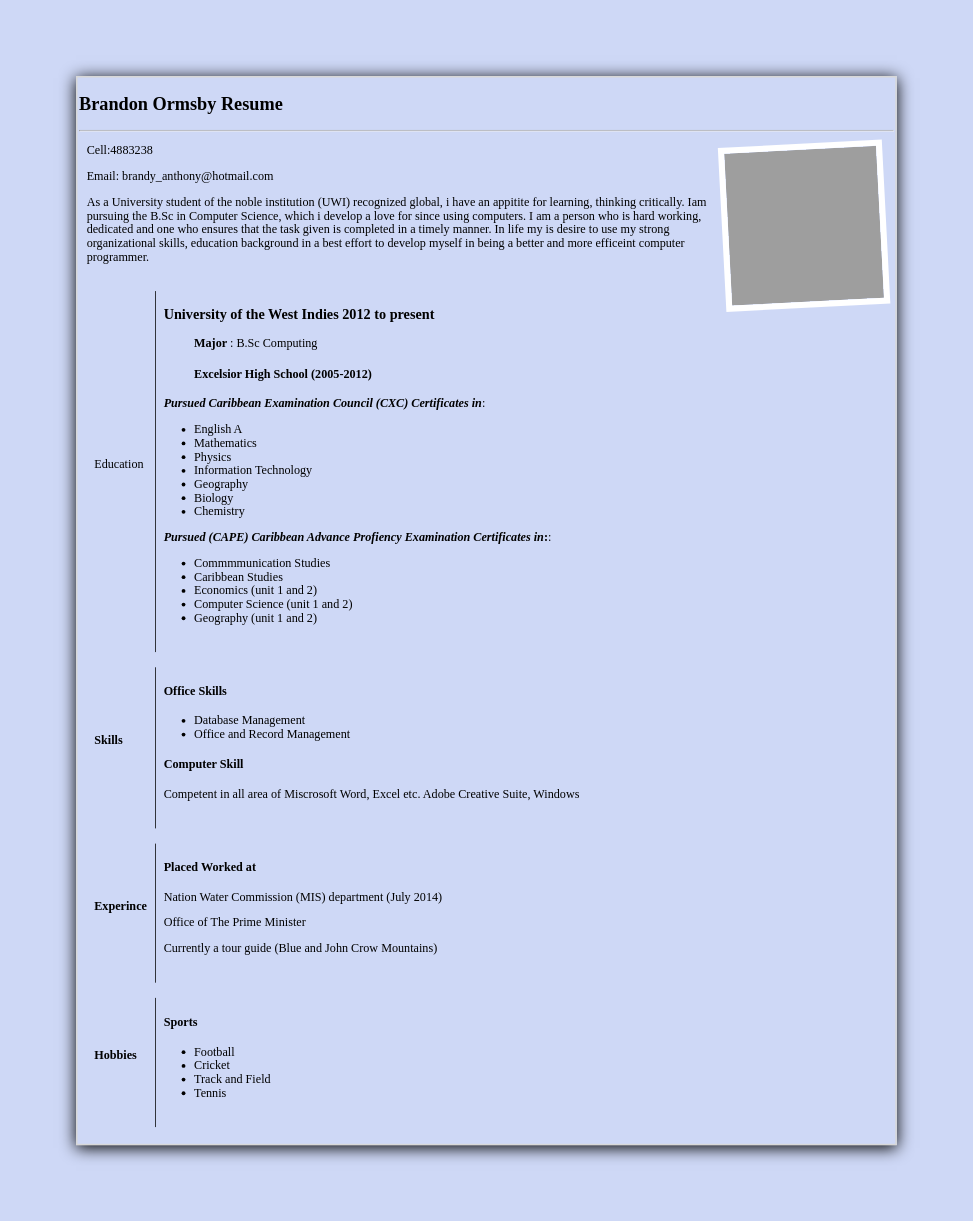
Repository: Brandy903/Web1
Page: webproject0/workspace/brandy.html
The author's editor kept a record of every edit. The page is drawn from the files as they stood at one moment, then again after the next edit.
The browser window is 1280 px wide. The pictures show the whole page, at 76% of full size.
Pictures or frames that could not be fetched are drawn as grey boxes.

Above is the page before.

### webproject0/workspace/brandy.html
<!DOCTYPE html>
<html>
<head>
	<link rel="stylesheet" type="text/css" href="style.css">

</head>
<body>


<h2> <strong>Brandon Ormsby Resume</strong></h2>
<hr />
<div id ="loc"> <img src=" https://encrypted-tbn3.gstatic.com/images?q=tbn:ANd9GcSRt8q1Ojf9YoUq58bSPQMEXZFHO_4fJqSwGO4AuRY6R_YbYgmo" />
<p>Cell:4883238</p>
<p>Email: brandy_anthony@hotmail.com</p>
<p id = "wrp" >As a University student of the noble institution (UWI) recognized global, i have an appitite for
learning, thinking critically. Iam pursuing the B.Sc in Computer Science, which i develop a love for
since using computers. I am a person who is hard working, dedicated and one who ensures that the task
given is completed in a timely manner. In life my is desire to use my strong organizational skills, education
background in a best effort to develop myself in being a better and more efficeint computer programmer.</p>

</div>



<table>

<div>
<tr>
		<td class ="edu">
		<stong>Education</stong>
		</td>

		<td>
		<h3> University of the West Indies 2012 to present</h3>
		<ul>
			<l1> <strong> Major </strong>: B.Sc Computing </l1>
		</ul>
		<ul>
		<h4> Excelsior High School (2005-2012)</h4>
		</ul>
		<p> <strong><em> Pursued Caribbean Examination Council (CXC) Certificates in</em></strong>:</p>

		<ul>
			<li> English A</li>
			<li> Mathematics</li>
			<li> Physics</li>
			<li> Information Technology</li>
			<li> Geography</li>
			<li> Biology</li>
			<li> Chemistry</li>

		</ul>


		<p> <strong><em>Pursued (CAPE) Caribbean Advance Profiency Examination Certificates in</em>:</strong>:</p>
		<ul>

			<li> Commmmunication Studies</li>
			<li> Caribbean Studies</li>
			<li> Economics (unit 1 and 2)</li>
			<li> Computer Science (unit 1 and 2)</li>
			<li> Geography (unit 1 and 2)</li>


		</ul>

		</td>
		</tr>
		<tr>
		<td class ="edu">
		<strong>Skills</strong>
		</td>

		<td>
			<h4><strong> Office Skills</strong> </h4>
			<ul>
				<li>Database Management </li>
				<li>Office and Record Management </li>

			</ul>

			<h4><strong> Computer Skill</strong> </h4>

				<p> Competent in all area of Miscrosoft Word, Excel etc. Adobe Creative Suite, Windows </p>




		</td>

		<tr>

			<td class ="edu"> <strong>Experince</strong>

			</td>
			<td> <h4>Placed  Worked at</h4>
			<p>Nation Water Commission (MIS) department (July 2014)</p>
			<p> Office of The Prime Minister</p>
			<p>Currently a tour guide (Blue and John Crow Mountains)</p>
			</td>
		</tr>
		<tr>

			<td class ="edu"> <strong>Hobbies</strong>

			</td>
			<td> <h4>Sports</h4>
			<ul>
				<li>Football</li>
				<li>Cricket </li>
				<li>Track and Field </li>
				<li>Tennis </li>

			</ul>
			</td>
		</tr>






</div>
</table>


</body>
</html>

### webproject0/workspace/style.css
table{
    border-collapse: separate;
    border-spacing: 10px 20px;
}

#loc{
   margin: 10px;


}

body{
    margin: 100px;
    border: 2px solid #D8D8D8;
    padding:2px;
    box-shadow:0px 3px 20px #000;
    background-color:#CED8F6;
}
img{
	float:right;
	height: 200px;
	width: 200px;
	transform:rotate(-3deg);
	right:10px;
	top:40px;
	border: 8px solid #FFFFFF;

}
.edu{
	border-right:0px;
    border-style:solid;
    border-top:0px;
    border-bottom:0px;
    border-left:0px;
}
#wrp{
    width:62em;
    /*word-wrap: break-word;
    clear:right;*/
}
td{
    padding-left:10px;
    border-left: 1px solid #000;
    padding-bottom:20px;
}

After the next edit:
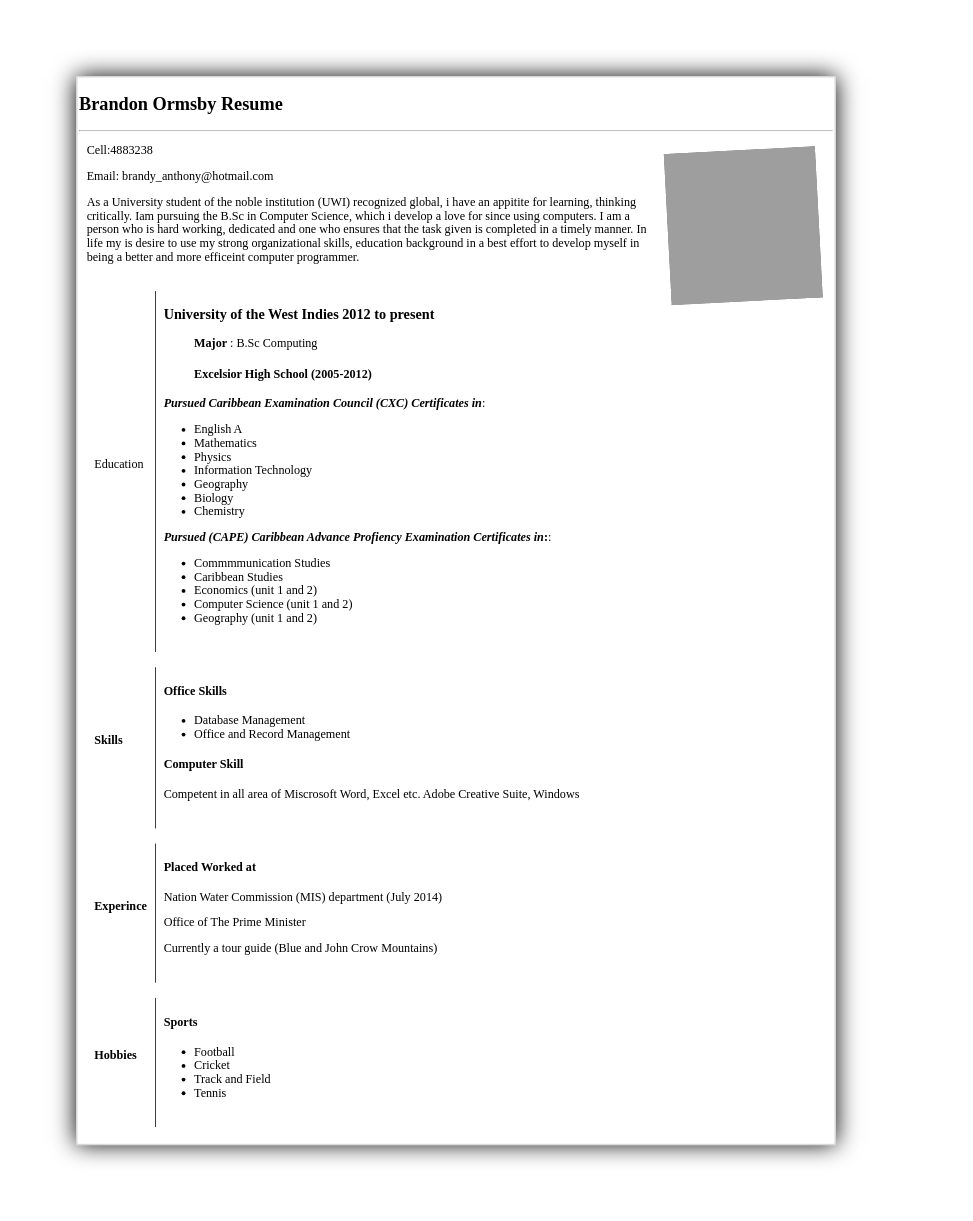
The edit:
--- a/webproject0/workspace/style.css
+++ b/webproject0/workspace/style.css
@@ -13,8 +13,9 @@
     margin: 100px;
     border: 2px solid #D8D8D8;
     padding:2px;
-    box-shadow:0px 3px 20px #000;
-    background-color:#CED8F6;
+    box-shadow:0px 0px 30px #000;
+    width:62em;
+
 }
 img{
 	float:right;
